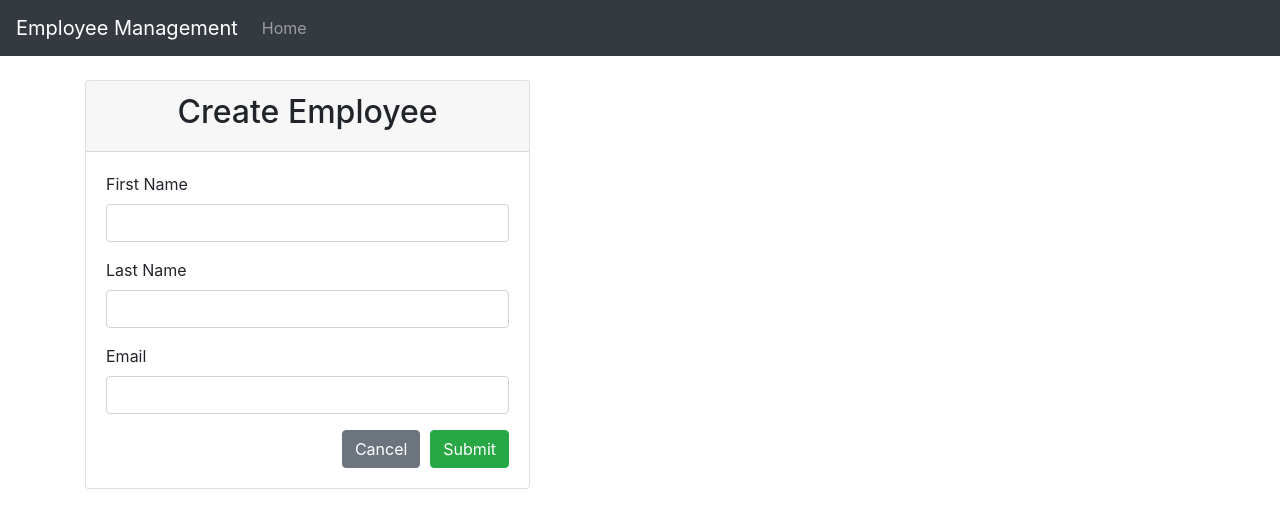
Repository: EtienneBel/springboot2-angular8
Page: /add (app in angular8/)
The author's editor kept a copy of each file at every save. The page is drawn from the files as they stood at one save, then again after the next save.
The browser window is 1280 px wide. The pictures show the whole page.
The project was rebuilt for these pictures with package versions that can differ from the ones it lists, and the page was loaded fresh each time. Also part of the build but not shown: angular8/angular.json, angular8/src/app/home/home.component.ts, angular8/src/app/employee/update-employee/update-employee.component.ts, angular8/src/app/employee/employee-details/employee-details.component.ts.

Above is the page before, as saved 2020-04-30 10:25:49.

After the next save:
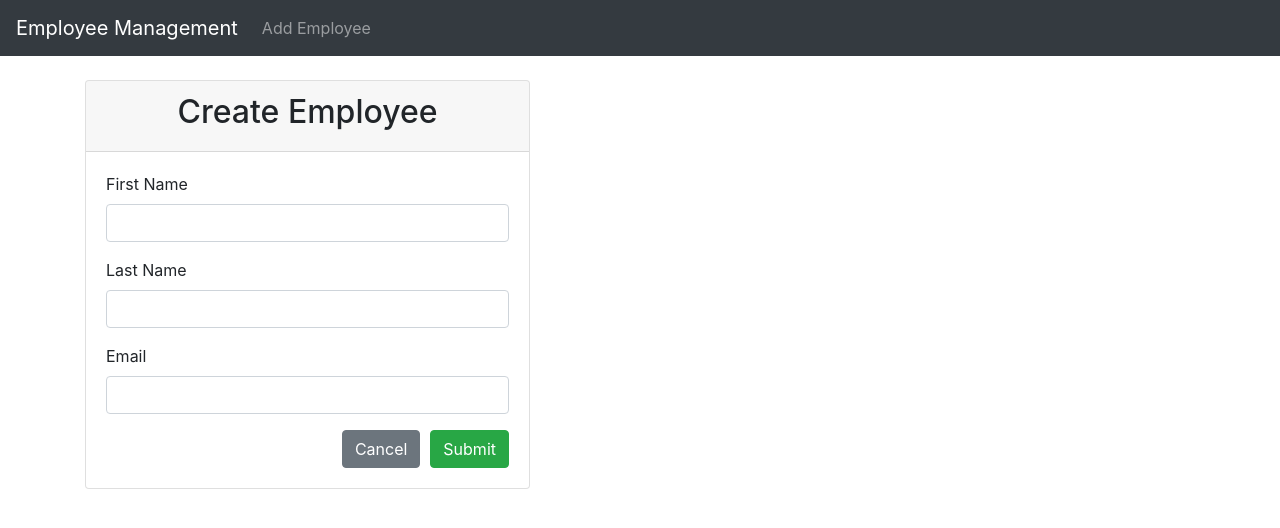
Saved 62 s later.
--- a/angular8/src/app/app.component.html
+++ b/angular8/src/app/app.component.html
@@ -2,20 +2,9 @@
   <nav class="navbar navbar-expand navbar-dark bg-dark">
     <a href="#" class="navbar-brand">Employee Management</a>
     <ul class="navbar-nav mr-auto" routerLinkActive="active">
+
       <li class="nav-item">
-        <a href="/home" class="nav-link" routerLink="home">Home </a>
-      </li>
-      <li class="nav-item" *ngIf="showAdminBoard">
-        <a href="/admin" class="nav-link" routerLink="admin">Admin Board</a>
-      </li>
-      <li class="nav-item" *ngIf="showModeratorBoard">
-        <a href="/mod" class="nav-link" routerLink="mod">Manager Board</a>
-      </li>
-      <li class="nav-item" *ngIf="showModeratorBoard">
         <a href="/add" class="nav-link" routerLink="add">Add Employee</a>
-      </li>
-      <li class="nav-item">
-        <a href="/user" class="nav-link" *ngIf="isLoggedIn" routerLink="user">User</a>
       </li>
     </ul>
   </nav>
